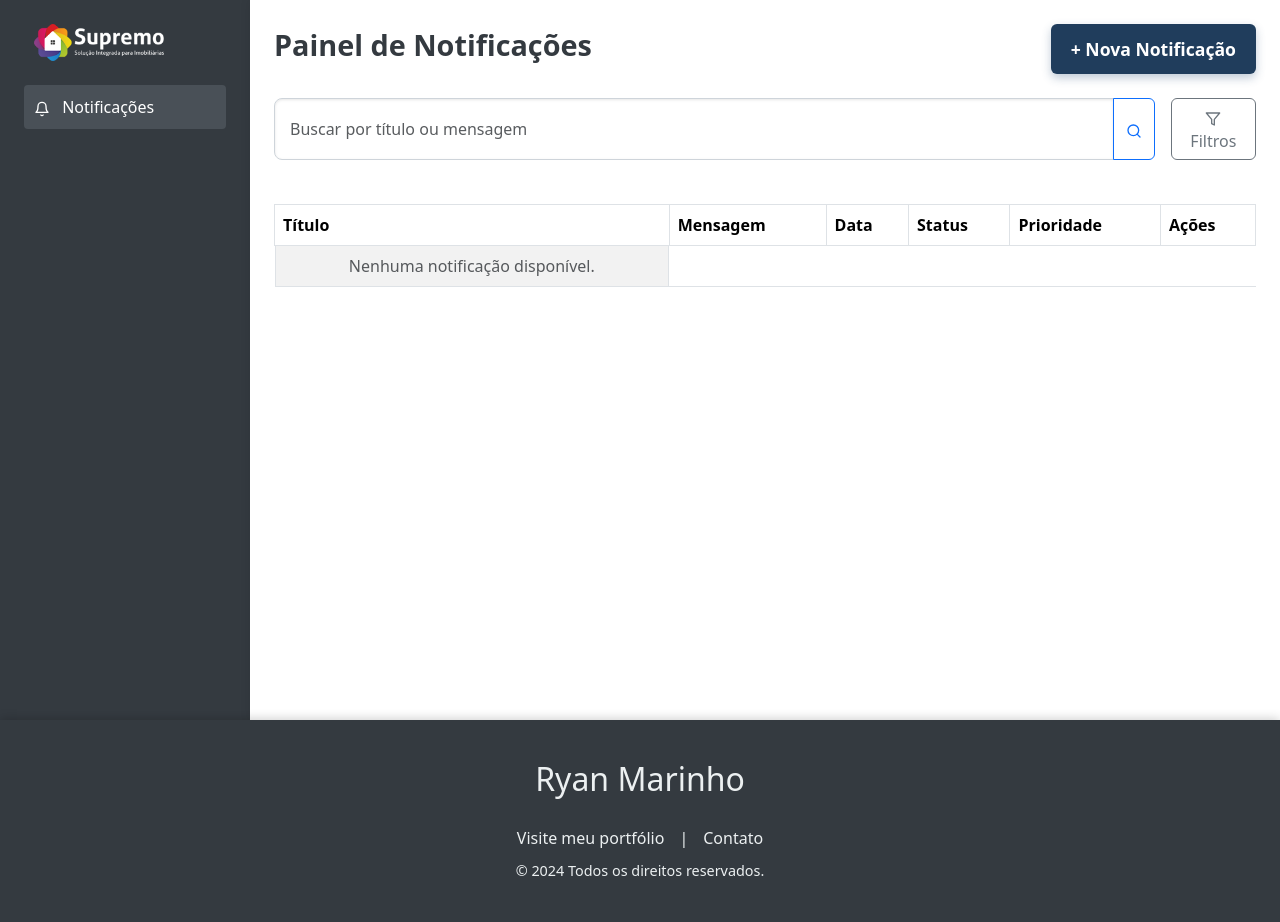
Repository: ryanmarinhodev/Supremo-teste-tecnico
Page: /notifications
The author's editor kept a copy of each file at every save. The page is drawn from the files as they stood at one save, then again after the next save.
The browser window is 1280 px wide. The pictures show the whole page.
The project was rebuilt for these pictures with package versions that can differ from the ones it lists, and the page was loaded fresh each time. Also part of the build but not shown: src/App.css, src/Components/Login/index.jsx.

Above is the page before, as saved 2024-11-07 19:54:32.

### src/App.js
import { BrowserRouter, Routes, Route } from "react-router-dom";
import "./App.css";
import Login from "./Components/Login";
import NotificationsPage from "./Components/Notifications/homeNotification";

const App = () => {
  return (
    <BrowserRouter>
      <Routes>
        <Route path="/" element={<Login />} />
        <Route path="/notifications" element={<NotificationsPage />} />
      </Routes>
    </BrowserRouter>
  );
};

export default App;

### src/Components/Notifications/homeNotification.jsx
import React, { useState } from "react";
import Menu from "./menu";
import Buscar from "./buscar";
import TabelaNotificacoes from "./tabelaNotificacoes";
import ModalNotificacao from "./modalNotificacao";
import Footer from "./footer";
import "./notification.css";
import { Button } from "react-bootstrap";

const HomeNotification = () => {
  const [notifications, setNotifications] = useState([]);
  const [showModal, setShowModal] = useState(false);
  const [search, setSearch] = useState("");
  const [currentNotification, setCurrentNotification] = useState({
    id: null,
    title: "",
    message: "",
    date: "",
    status: "Não Lida",
    priority: "Normal",
  });

  const getCurrentDate = () => {
    const today = new Date();
    return today.toISOString().split("T")[0];
  };

  const openModal = (
    notification = {
      title: "",
      message: "",
      date: getCurrentDate(),
      status: "Não Lida",
      priority: "Normal",
    }
  ) => {
    setCurrentNotification(notification);
    setShowModal(true);
  };

  const closeModal = () => {
    setShowModal(false);
    setCurrentNotification({
      id: null,
      title: "",
      message: "",
      date: getCurrentDate(),
      status: "Não Lida",
      priority: "Normal",
    });
  };

  const handleChange = (e) => {
    const { name, value } = e.target;
    setCurrentNotification((prev) => ({ ...prev, [name]: value }));
  };

  const handleSubmit = () => {
    if (currentNotification.id) {
      setNotifications((prev) =>
        prev.map((notif) =>
          notif.id === currentNotification.id ? currentNotification : notif
        )
      );
    } else {
      setNotifications((prev) => [
        ...prev,
        { ...currentNotification, id: Date.now() },
      ]);
    }
    closeModal();
  };

  const handleDelete = (id) => {
    setNotifications((prev) => prev.filter((notif) => notif.id !== id));
  };

  const markAsRead = (id) => {
    setNotifications((prev) =>
      prev.map((notif) =>
        notif.id === id ? { ...notif, status: "Lida" } : notif
      )
    );
  };

  const filteredNotifications = notifications.filter(
    (notif) =>
      notif.title.toLowerCase().includes(search.toLowerCase()) ||
      notif.message.toLowerCase().includes(search.toLowerCase())
  );
  return (
    <>
      <div className="dashboard-container d-flex">
        <Menu />
        <div className="content flex-grow-1 p-4">
          <header className="d-flex justify-content-between align-items-center mb-4">
            <h2 className="page-title">Painel de Notificações</h2>
            <Button variant="primary" onClick={() => openModal()}>
              + Nova Notificação
            </Button>
          </header>

          <Buscar search={search} setSearch={setSearch} />

          <TabelaNotificacoes
            notifications={filteredNotifications}
            openModal={openModal}
            handleDelete={handleDelete}
            markAsRead={markAsRead}
          />

          <ModalNotificacao
            showModal={showModal}
            closeModal={closeModal}
            currentNotification={currentNotification}
            handleChange={handleChange}
            handleSubmit={handleSubmit}
          />
        </div>
      </div>
      <Footer />
    </>
  );
};

export default HomeNotification;

### src/Components/Login/styles.css
:root {
    --primary-color: #203d5c;
    --secondary-color: #adb5bd;
    --hover-color: #182533;
    --background-overlay: rgba(0, 0, 0, 0.4);
    --box-shadow: 0 4px 10px rgba(47, 84, 122, 0.3);
}

.login-container {
    background: url('https://wallpapers.com/images/hd/4k-architecture-yellow-glass-building-6d7nbmyltxlyxxv8.jpg') no-repeat center center;
    background-size: cover;
    min-height: 100vh;
    padding: 20px;
    display: flex;
    align-items: center;
    justify-content: center;
    position: relative;
}

.login-container::before {
    content: '';
    position: absolute;
    top: 0;
    left: 0;
    right: 0;
    bottom: 0;
    background: var(--background-overlay);
    z-index: 1;
}

.login-card {
    width: 100%;
    max-width: 600px;
    background-color: #ffff;
    border-radius: 12px;
    box-shadow: var(--box-shadow);
    border: 1px solid rgba(0, 0, 0, 0.05);
    transition: transform 0.3s ease, box-shadow 0.3s ease;
    position: relative;
    z-index: 2;
    padding: 40px;
    animation: fadeIn 0.6s ease;
    align-items: center;
    text-align: center;
}

.login-card:hover {
    transform: translateY(-5px);
    box-shadow: 0 15px 40px rgba(0, 0, 0, 0.3);
}


.logo {
    width: 100px;
    height: auto;
    margin-bottom: 20px;
}

.text-center {
    display: flex;
    flex-direction: column;
    align-items: center;
}

.login-title {
    font-size: 2rem;
    font-weight: 700;
    color: #000;
    margin-top: 10px;
    margin-bottom: 10px;
    font-family: 'Poppins', sans-serif;
}

.title-underline {
    width: 60px;
    height: 4px;
    background-color: #495f75;
    margin: 0 auto 20px auto;
    border-radius: 2px;
}

.subtitle {
    font-size: 1rem;
    color: #e0e0e0;
    text-align: center;
    margin-bottom: 30px;
    font-weight: 400;
}


.form-control {
    border-radius: 8px;
    padding: 15px;
    font-size: 1rem;
    border: 1px solid #ced4da;
    box-shadow: inset 0 1px 3px rgba(0, 0, 0, 0.1);
    transition: border-color 0.3s ease, box-shadow 0.3s ease;
}

.form-control:focus {
    border-color: var(--primary-color);
    box-shadow: 0 0 0 0.2rem rgba(89, 124, 161, 0.25);
}

/* Botão de login com estilo profissional */
.btn-primary {
    background-color: var(--primary-color);
    border: none;
    font-size: 1.1rem;
    font-weight: 600;
    padding: 12px 20px;
    border-radius: 6px;
    transition: background-color 0.3s ease, transform 0.2s ease;
    box-shadow: var(--box-shadow);
}

.btn-primary:hover {
    background-color: var(--hover-color);
    transform: scale(1.03);
}

/* Link "Esqueci a senha" com estilo sutil */
.text-secondary {
    color: var(--secondary-color) !important;
    font-size: 0.9rem;
}

.text-secondary:hover {
    color: #000 !important;
    text-decoration: underline;
}

/* Altera a cor de fundo e da borda do checkbox quando marcado */
.form-check-input:checked {
    background-color: var(--hover-color);
    border-color: var(--secondary-color);
}

.form-check-input:focus {
    box-shadow: none;
}

/* Efeito de transição suave ao aparecer o card */
@keyframes fadeIn {
    from {
        opacity: 0;
        transform: scale(0.9);
    }
    to {
        opacity: 1;
        transform: scale(1);
    }
}

@media (max-width: 768px) {
    .login-card {
        max-width: 90%;
        padding: 20px;
        border-radius: 8px;
    }

    .login-title {
        font-size: 1.5rem;
    }

    .subtitle {
        font-size: 0.9rem;
    }

    .logo {
        width: 80px;
    }

    .form-control {
        padding: 10px;
        font-size: 0.9rem;
    }

    .btn-primary {
        font-size: 1rem;
        padding: 10px;
    }

    .title-underline {
        width: 50px;
        height: 3px;
    }
}

### src/Components/Notifications/menu.jsx
import React from "react";
import { FiBell } from "react-icons/fi";
import Logo from "../../assets/logo-supremo-branco.png";

const Sidebar = () => (
  <aside className="sidebar p-4">
    <img src={Logo} alt="Logotipo Supremo" className="logo" />
    <ul className="nav flex-column mt-4">
      <li className="nav-item mb-2">
        <a href="/notifications" className="nav-link active">
          <FiBell className="me-2" /> Notificações
        </a>
      </li>
    </ul>
  </aside>
);

export default Sidebar;

### src/Components/Notifications/buscar.jsx
import React from "react";
import { InputGroup, FormControl, Button } from "react-bootstrap";
import { FiSearch, FiFilter } from "react-icons/fi";

const BarraBusca = ({ search, setSearch }) => (
  <div className="d-flex mb-4">
    <InputGroup className="me-2">
      <FormControl
        placeholder="Buscar por título ou mensagem"
        value={search}
        onChange={(e) => setSearch(e.target.value)}
      />
      <Button variant="outline-primary">
        <FiSearch />
      </Button>
    </InputGroup>
    <Button variant="outline-secondary" className="ms-2">
      <FiFilter /> Filtros
    </Button>
  </div>
);

export default BarraBusca;

### src/Components/Notifications/tabelaNotificacoes.jsx
import React from "react";
import { Table, Button, Badge } from "react-bootstrap";
import { FiEdit, FiTrash2, FiCheckCircle } from "react-icons/fi";

const TabelaNotificacoes = ({
  notifications,
  openModal,
  handleDelete,
  markAsRead,
}) => (
  <Table striped bordered hover responsive>
    <thead>
      <tr>
        <th>Título</th>
        <th>Mensagem</th>
        <th>Data</th>
        <th>Status</th>
        <th>Prioridade</th>
        <th>Ações</th>
      </tr>
    </thead>
    <tbody>
      {notifications.length > 0 ? (
        notifications.map((notification) => (
          <tr key={notification.id}>
            <td>{notification.title}</td>
            <td>{notification.message}</td>
            <td>{notification.date}</td>
            <td>
              <Badge
                bg={notification.status === "Não Lida" ? "warning" : "success"}
              >
                {notification.status}
              </Badge>
            </td>
            <td>
              <Badge bg={notification.priority === "Alta" ? "danger" : "info"}>
                {notification.priority}
              </Badge>
            </td>
            <td>
              <Button
                variant="outline-secondary"
                size="sm"
                className="me-2"
                onClick={() => openModal(notification)}
              >
                <FiEdit /> Editar
              </Button>
              <Button
                variant="outline-danger"
                size="sm"
                onClick={() => handleDelete(notification.id)}
              >
                <FiTrash2 /> Excluir
              </Button>
              {notification.status === "Não Lida" && (
                <Button
                  variant="outline-success"
                  size="sm"
                  className="ms-2"
                  onClick={() => markAsRead(notification.id)}
                >
                  <FiCheckCircle /> Marcar como Lida
                </Button>
              )}
            </td>
          </tr>
        ))
      ) : (
        <tr>
          <td colSpan="6" className="text-center text-muted">
            Nenhuma notificação disponível.
          </td>
        </tr>
      )}
    </tbody>
  </Table>
);

export default TabelaNotificacoes;

### src/Components/Notifications/modalNotificacao.jsx
import React from "react";
import { Modal, Button, Form } from "react-bootstrap";

const ModalNotificacao = ({
  showModal,
  closeModal,
  currentNotification,
  handleChange,
  handleSubmit,
}) => {
  return (
    <Modal show={showModal} onHide={closeModal}>
      <Modal.Header closeButton>
        <Modal.Title>
          {currentNotification.id
            ? "Editar Notificação"
            : "Cadastrar Notificação"}
        </Modal.Title>
      </Modal.Header>
      <Modal.Body>
        <Form>
          <Form.Group className="mb-3">
            <Form.Label>Título</Form.Label>
            <Form.Control
              type="text"
              placeholder="Título da Notificação"
              name="title"
              value={currentNotification.title}
              onChange={handleChange}
            />
          </Form.Group>
          <Form.Group className="mb-3">
            <Form.Label>Mensagem</Form.Label>
            <Form.Control
              as="textarea"
              rows={3}
              placeholder="Mensagem da Notificação"
              name="message"
              value={currentNotification.message}
              onChange={handleChange}
            />
          </Form.Group>
          <Form.Group className="mb-3">
            <Form.Label>Data de Envio</Form.Label>
            <Form.Control
              type="date"
              name="date"
              value={currentNotification.date}
              onChange={handleChange}
            />
          </Form.Group>
          <Form.Group className="mb-3">
            <Form.Label>Prioridade</Form.Label>
            <Form.Select
              name="priority"
              value={currentNotification.priority}
              onChange={handleChange}
            >
              <option value="Normal">Normal</option>
              <option value="Alta">Alta</option>
            </Form.Select>
          </Form.Group>
        </Form>
      </Modal.Body>
      <Modal.Footer>
        <Button variant="secondary" onClick={closeModal}>
          Cancelar
        </Button>
        <Button variant="primary" onClick={handleSubmit}>
          {currentNotification.id ? "Salvar Alterações" : "Cadastrar"}
        </Button>
      </Modal.Footer>
    </Modal>
  );
};

export default ModalNotificacao;

### src/Components/Notifications/footer.jsx
import React from "react";
import "./notification.css";

const Footer = () => {
  const portfolioLink = "https://portfolio-ryann.netlify.app/";

  return (
    <footer className="footer">
      <div className="footer-content">
        <div className="footer-logo">
          <h2>Ryan Marinho</h2>{" "}
        </div>
        <nav className="footer-nav">
          <a href={portfolioLink} target="_blank" rel="noopener noreferrer">
            Visite meu portfólio
          </a>
          <span>|</span>
          <a href="/contato">Contato</a>{" "}
        </nav>
        <p className="footer-copy">
          &copy; {new Date().getFullYear()} Todos os direitos reservados.
        </p>
      </div>
    </footer>
  );
};

export default Footer;

### src/Components/Notifications/notification.css
.dashboard-container {
    display: flex;
    min-height: 100vh;
    background-color: #f8f9fa;
  }

  .sidebar {
    width: 250px;
    background-color: #343a40;
    color: #fff;
    height: 100vh;
  }

.logo {
    width: 130px;
    display: flex;
    margin-left: 10px;
}

  .sidebar h4 {
    font-size: 1.4rem;
    font-weight: bold;
    color: #fff;
  }

  .sidebar .nav-link {
    color: #ced4da;
    padding: 10px;
    font-weight: 500;
  }

  .sidebar .nav-link:hover,
  .sidebar .nav-link.active {
    background-color: #495057;
    color: #fff;
    border-radius: 4px;
  }

  .content {
    flex-grow: 1;
    padding: 20px 40px;
    background-color: #ffffff;
    box-shadow: 0px 0px 10px rgba(0, 0, 0, 0.1);
  }

  .page-title {
    font-size: 1.8rem;
    font-weight: bold;
    color: #343a40;
  }

  .table {
    margin-top: 20px;
  }

  button {
    transition: background-color 0.3s ease, box-shadow 0.2s ease;
  }

  button:hover {
    box-shadow: 0px 4px 8px rgba(0, 0, 0, 0.15);
  }


  /* Responsividade: Oculta a sidebar e ajusta o conteúdo em telas menores */
@media (max-width: 768px) {
  .sidebar {
    width: 100%;
    height: auto;
    transform: translateX(-100%);
    position: absolute;
    top: 0;
    left: 0;
  }

  .sidebar.active {
    transform: translateX(0);
  }

  .content {
    margin-left: 0;
    padding: 20px;
  }
}

/* Botão de alternância da sidebar */
.sidebar-toggle {
  display: none;
}

@media (max-width: 768px) {
  .sidebar-toggle {
    display: block;
    background-color: #343a40;
    color: #fff;
    position: fixed;
    top: 10px;
    left: 10px;
    z-index: 1100;
  }
}

.page-title {
  font-size: 1.8rem;
  font-weight: bold;
  color: #343a40;
}

/* Ajuste da fonte do título em telas pequenas */
@media (max-width: 768px) {
  .page-title {
    font-size: 1.5rem;
  }
}

/* Barra de busca e botão */
.button-container {
  display: flex;
  justify-content: space-between;
  align-items: center;
  margin-bottom: 20px;
}

/* Estilo para a tabela */
.table {
  margin-top: 20px;
}

button {
  transition: background-color 0.3s ease, box-shadow 0.2s ease;
}

button:hover {
  box-shadow: 0px 4px 8px rgba(0, 0, 0, 0.15);
}


@media (max-width: 768px) {
    .sidebar {
      width: 100%;
      height: auto;
      transform: translateX(-100%);
      position: absolute;
      top: 0;
      left: 0;
    }

    .sidebar.active {
      transform: translateX(0);
    }

    .content {
      margin-left: 0;
      padding: 20px;
    }
  }

  .sidebar-toggle {
    display: none;
  }

  @media (max-width: 768px) {
    .sidebar-toggle {
      display: block;
      background-color: #343a40;
      color: #fff;
      position: fixed;
      top: 10px;
      left: 10px;
      z-index: 1100;
    }
  }

  .page-title {
    font-size: 1.8rem;
    font-weight: bold;
    color: #343a40;
  }

  @media (max-width: 768px) {
    .page-title {
      font-size: 1.5rem;
    }
  }

  .button-container {
    display: flex;
    justify-content: space-between;
    align-items: center;
    margin-bottom: 20px;
  }

  /* Estilo para a tabela */
  .table {
    margin-top: 20px;
  }

  button {
    transition: background-color 0.3s ease, box-shadow 0.2s ease;
  }

  button:hover {
    box-shadow: 0px 4px 8px rgba(0, 0, 0, 0.15);
  }

  .footer {
    background-color: #343a40; /* Cor de fundo escura e elegante */
    color: #ecf0f1; /* Texto em cor clara para bom contraste */
    text-align: center; /* Centraliza o texto */
    padding: 40px 20px; /* Espaçamento em cima e embaixo */
    position: relative; /* Para posicionamento */
    bottom: 0; /* Fica fixo na parte inferior da página */
    width: 100%; /* Largura total */
    box-shadow: 0 -1px 10px rgba(0, 0, 0, 0.2); /* Sombra sutil */
  }

  .footer-content {
    max-width: 1200px; /* Limita a largura do conteúdo */
    margin: auto; /* Centraliza o conteúdo */
    display: flex; /* Usa Flexbox para layout */
    flex-direction: column; /* Coloca os itens em coluna */
    align-items: center; /* Centraliza os itens horizontalmente */
  }

  .footer-logo {
    font-size: 1.5em; /* Tamanho da fonte do logo */
    font-weight: bold; /* Negrito para destaque */
    margin-bottom: 20px; /* Espaçamento abaixo do logo */
  }

  .footer-nav {
    margin-bottom: 10px; /* Espaçamento abaixo da nav */
  }

  .footer-nav a {
    color: #ecf0f1; /* Cor dos links */
    text-decoration: none; /* Remove sublinhado */
    margin: 0 15px; /* Espaçamento entre os links */
    transition: color 0.3s; /* Efeito de transição suave */
  }

  .footer-nav a:hover {
    color: #3498db; /* Cor ao passar o mouse */
  }

  .footer-copy {
    font-size: 0.9em; /* Tamanho da fonte menor para copyright */
    margin: 0; /* Remove margens */
  }

Loaded but not shown: public/index.html (common file); src/index.js (common file); src/index.css (common file); src/reportWebVitals.js (common file)

After the next save:
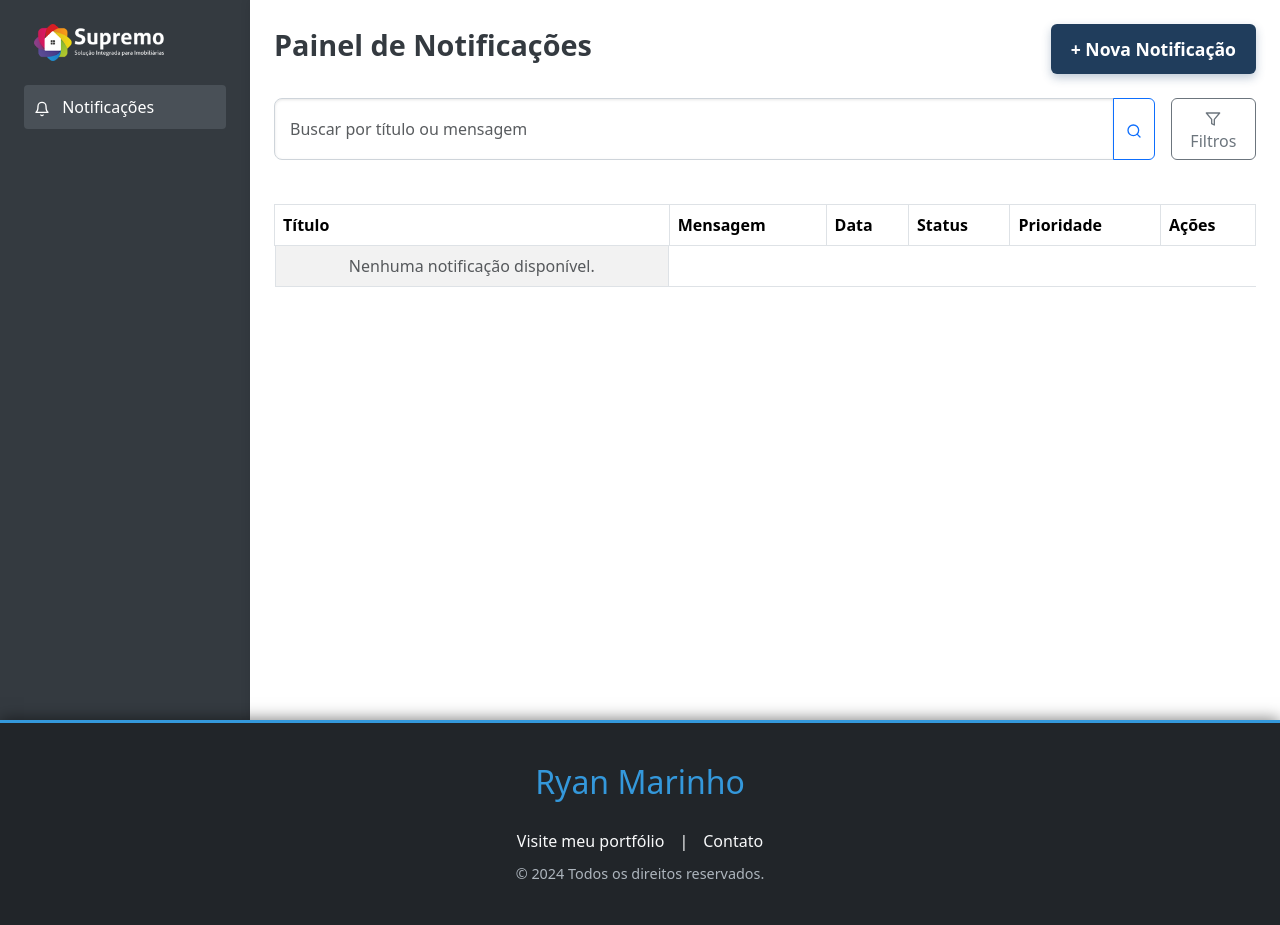
Saved 59 s later.
--- a/src/Components/Notifications/notification.css
+++ b/src/Components/Notifications/notification.css
@@ -204,46 +204,50 @@ button:hover {
   }
 
   .footer {
-    background-color: #343a40; /* Cor de fundo escura e elegante */
-    color: #ecf0f1; /* Texto em cor clara para bom contraste */
+    background-color: #212529; /* Cor de fundo escura e elegante */
+    color: #f8f9fa; /* Texto em cor clara para bom contraste */
     text-align: center; /* Centraliza o texto */
     padding: 40px 20px; /* Espaçamento em cima e embaixo */
     position: relative; /* Para posicionamento */
     bottom: 0; /* Fica fixo na parte inferior da página */
     width: 100%; /* Largura total */
-    box-shadow: 0 -1px 10px rgba(0, 0, 0, 0.2); /* Sombra sutil */
-  }
-
-  .footer-content {
+    box-shadow: 0 -1px 15px rgba(0, 0, 0, 0.5); /* Sombra sutil mais pronunciada */
+    border-top: 3px solid #3498db; /* Linha superior para um toque moderno */
+}
+
+.footer-content {
     max-width: 1200px; /* Limita a largura do conteúdo */
     margin: auto; /* Centraliza o conteúdo */
     display: flex; /* Usa Flexbox para layout */
     flex-direction: column; /* Coloca os itens em coluna */
     align-items: center; /* Centraliza os itens horizontalmente */
-  }
-
-  .footer-logo {
-    font-size: 1.5em; /* Tamanho da fonte do logo */
+}
+
+.footer-logo {
+    font-size: 1.8em; /* Tamanho da fonte do logo aumentado */
     font-weight: bold; /* Negrito para destaque */
     margin-bottom: 20px; /* Espaçamento abaixo do logo */
-  }
-
-  .footer-nav {
+    color: #3498db; /* Cor do logo */
+}
+
+.footer-nav {
     margin-bottom: 10px; /* Espaçamento abaixo da nav */
-  }
-
-  .footer-nav a {
-    color: #ecf0f1; /* Cor dos links */
+}
+
+.footer-nav a {
+    color: #f8f9fa; /* Cor dos links */
     text-decoration: none; /* Remove sublinhado */
     margin: 0 15px; /* Espaçamento entre os links */
-    transition: color 0.3s; /* Efeito de transição suave */
-  }
-
-  .footer-nav a:hover {
+    transition: color 0.3s, transform 0.3s; /* Efeito de transição suave */
+}
+
+.footer-nav a:hover {
     color: #3498db; /* Cor ao passar o mouse */
-  }
-
-  .footer-copy {
+    transform: scale(1.1); /* Efeito de aumento ao passar o mouse */
+}
+
+.footer-copy {
     font-size: 0.9em; /* Tamanho da fonte menor para copyright */
     margin: 0; /* Remove margens */
-  }
+    color: #adb5bd; /* Cor do texto de copyright mais suave */
+}
